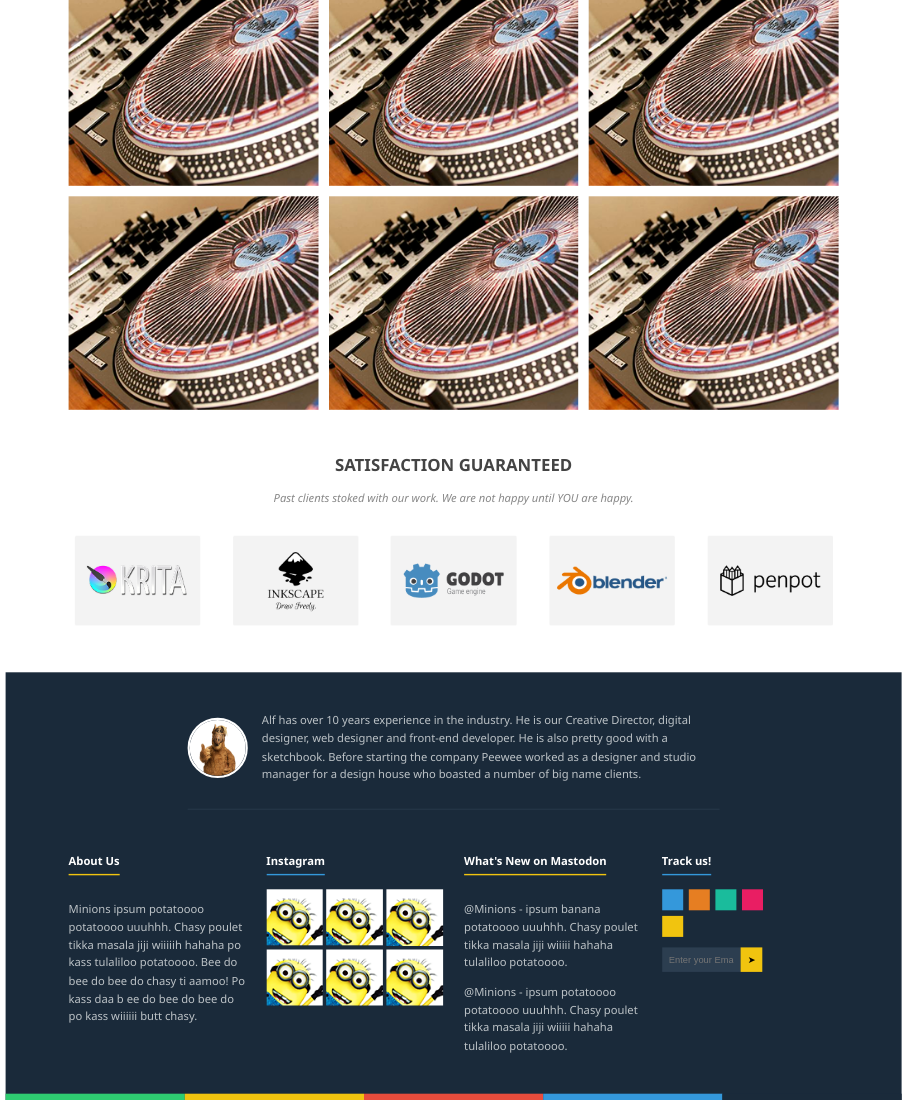
Repository: DavidYoo5/Project-1-Lab-2B-Assignment
Page: Project-1-Lab-2B-Assignment/index.html
These files come from the project's save history. The page is drawn as it stood at one moment and after the next save; the edit follows.
The browser window is 1280 px wide. The page is 1288 px wide, so the pictures cover 1288 px, including what lies to the right of the window. The pictures show the part of the page from y = 2149 to 4029 px (the page is 3721 px tall before and 4029 px after), at 70% of full size.

Above is the page before, as saved 2026-01-28 14:52:50.

After the next save:
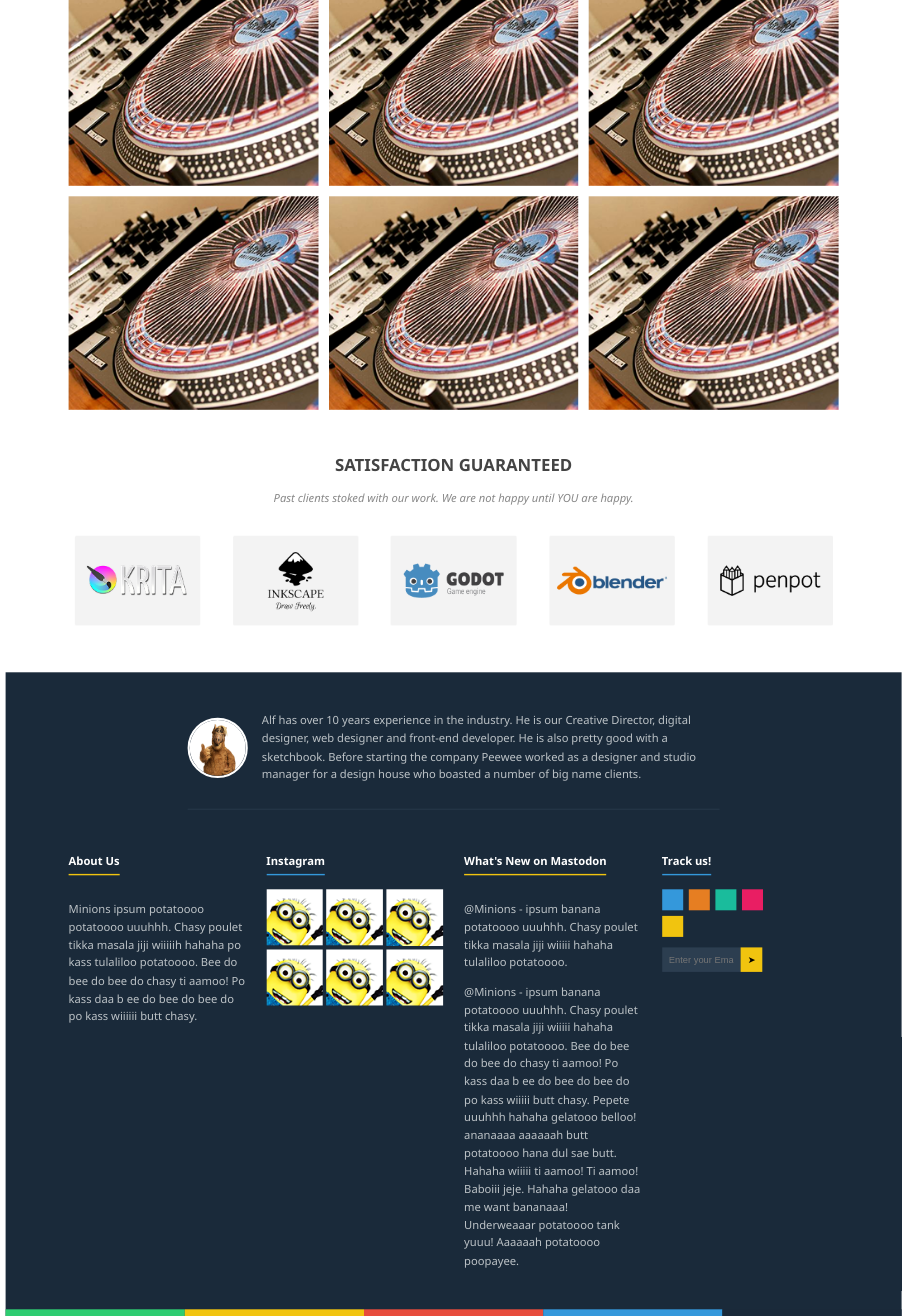
Saved 93 s later.
--- a/Project-1-Lab-2B-Assignment/index.html
+++ b/Project-1-Lab-2B-Assignment/index.html
@@ -297,11 +297,17 @@
             tikka masala jiji wiiiii hahaha tulaliloo potatoooo.
           </p>
           <p>
-            <span>@Minions</span> - ipsum potatoooo potatoooo uuuhhh. Chasy
-            poulet tikka masala jiji wiiiii hahaha tulaliloo potatoooo.
-          </p>
-        </div>
-        <div class="footer-col">
+            <span>@Minions</span> - ipsum banana potatoooo uuuhhh. Chasy poulet
+            tikka masala jiji wiiiii hahaha tulaliloo potatoooo. Bee do bee do
+            bee do chasy ti aamoo! Po kass daa b ee do bee do bee do po kass
+            wiiiii butt chasy. Pepete uuuhhh hahaha gelatooo belloo! ananaaaa
+            aaaaaah butt potatoooo hana dul sae butt. Hahaha wiiiii ti aamoo! Ti
+            aamoo! Baboiii jeje. Hahaha gelatooo daa me want bananaaa!
+            Underweaaar potatoooo tank yuuu! Aaaaaah potatoooo poopayee.
+          </p>
+        </div>
+
+        <div class="footer-track-us">
           <h4 class="footer-h blue-underline">Track us!</h4>
           <div class="social-squares">
             <div class="sq blue"></div>
@@ -310,6 +316,7 @@
             <div class="sq pink"></div>
             <div class="sq gold"></div>
           </div>
+
           <div class="newsletter">
             <input type="text" placeholder="Enter your Email..." />
             <button>➤</button>
